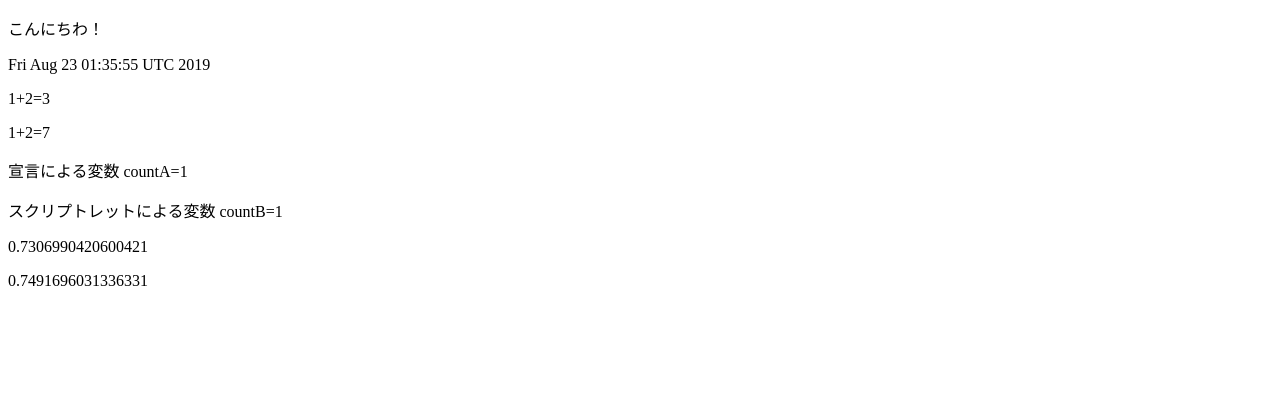
Repository: i-k-26/test
Page: http://localhost/HelloJSP/
The author's editor kept a copy of each file at every save. The page is drawn from the files as they stood at one save, then again after the next save.
The browser window is 1280 px wide. The pictures show the whole page.
The page is served by Tomcat 9.

Above is the page before, as saved 2019-08-23 02:22:12.

After the next save:
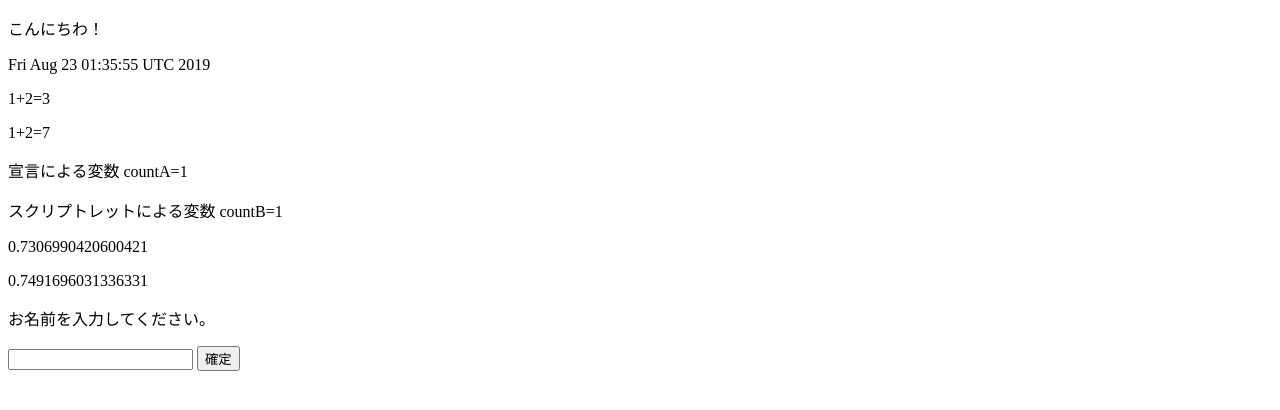
Saved 9 min 18 s later.
--- a/HelloJSP/WebContent/index.jsp
+++ b/HelloJSP/WebContent/index.jsp
@@ -34,6 +34,12 @@
 	<p><% out.println(Math.random()); %></p>
 	<p><%=Math.random() %></p>
 
+	<p>お名前を入力してください。</p>
+	<form method="post" action="greeting-out.jsp">
+	<input type=text" name="user">
+	<input type="submit" value="確定">
+	</form>
+
 
 </body>
 </html>
